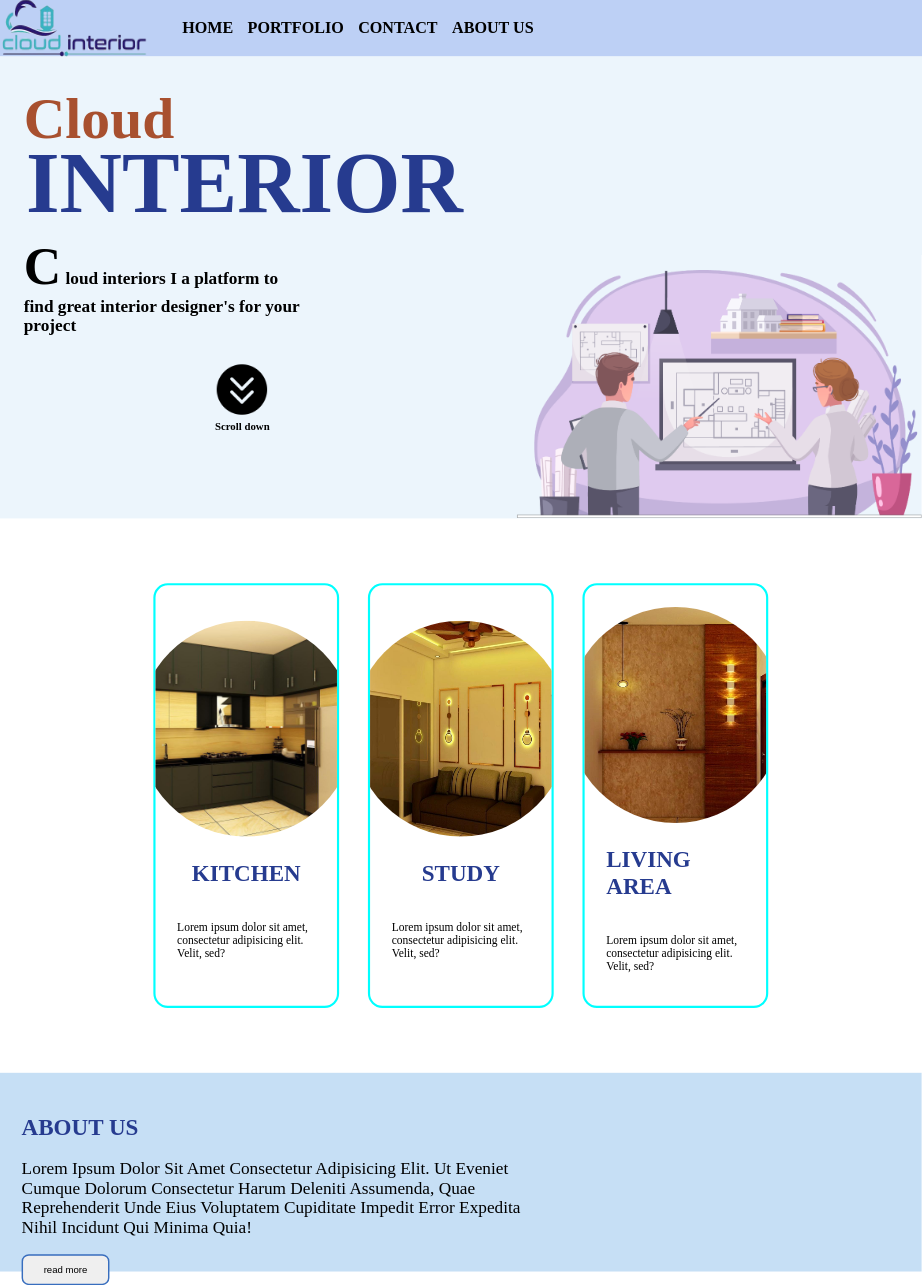
Repository: Ganavid/ganavidgowda.github.io
Page: cloud interior/‌index.html
An editor plug-in stored every save of this project. The page is shown before and after the next save, followed by the edit.
The browser window is 1280 px wide. The pictures show the whole page, at 72% of full size.

Above is the page before, as saved 2023-03-04 03:24:54.

After the next save:
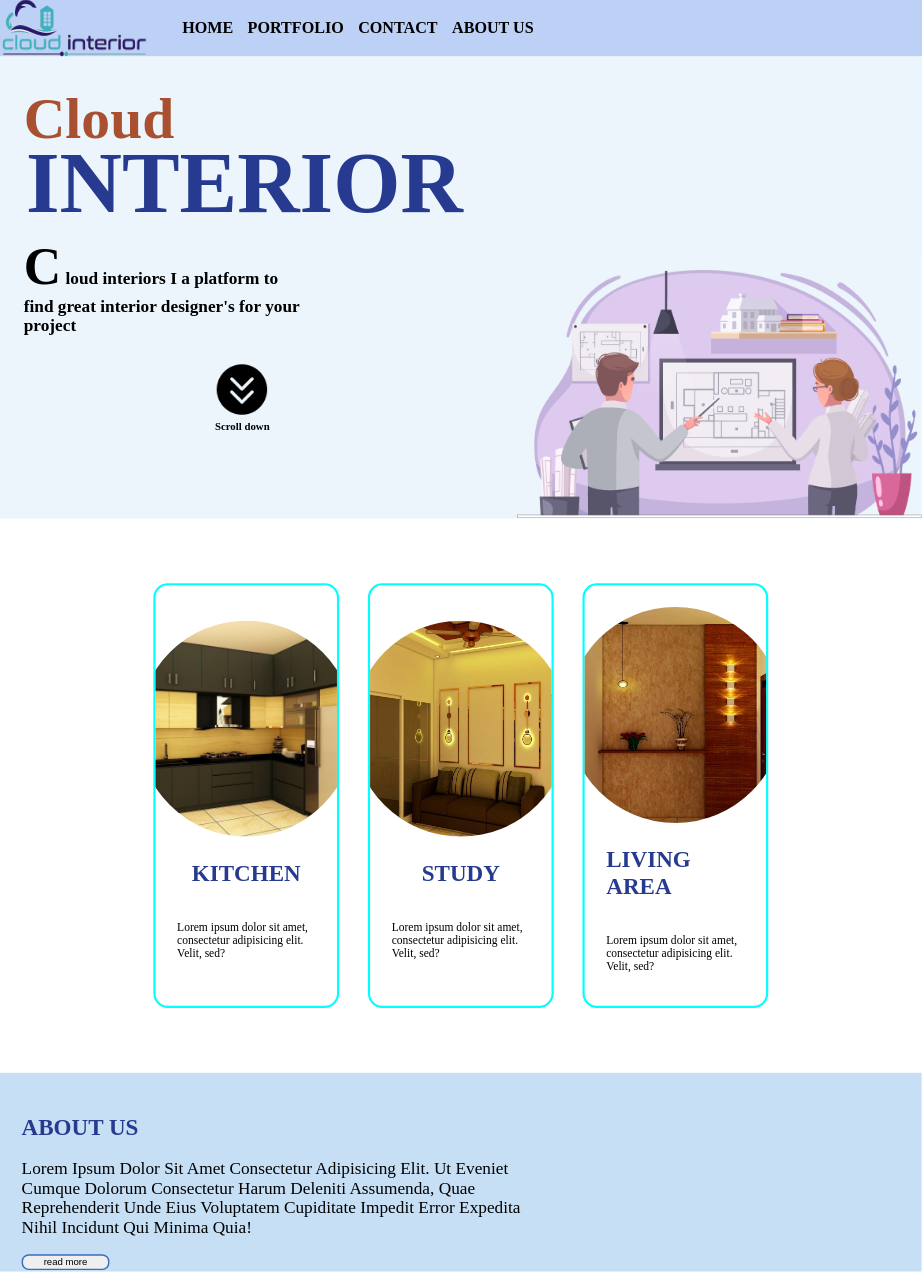
Saved 5 s later.
--- a/cloud interior/interial.css
+++ b/cloud interior/interial.css
@@ -203,5 +203,5 @@ nav{
     border: 2px solid #386EBE;
     border-radius: 10px;
     width: 10%;
-    height: 20%;
-}
+    height: 10%;
+}
